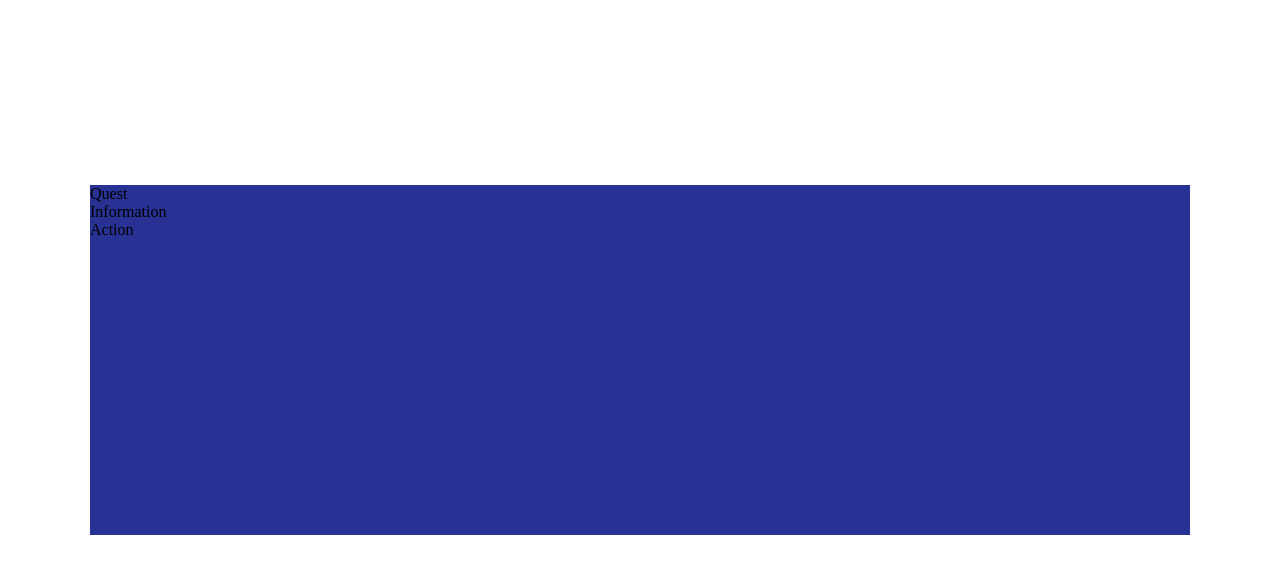
Repository: rahulnag7963/UBCHacks4.0
Page: /
The author's editor kept a copy of each file at every save. The page is drawn from the files as they stood at one save, then again after the next save.
The browser window is 1280 px wide. The pictures show the whole page.
The project was rebuilt for these pictures with package versions that can differ from the ones it lists, and the page was loaded fresh each time.

Above is the page before, as saved 2022-11-26 02:35:42.

After the next save:
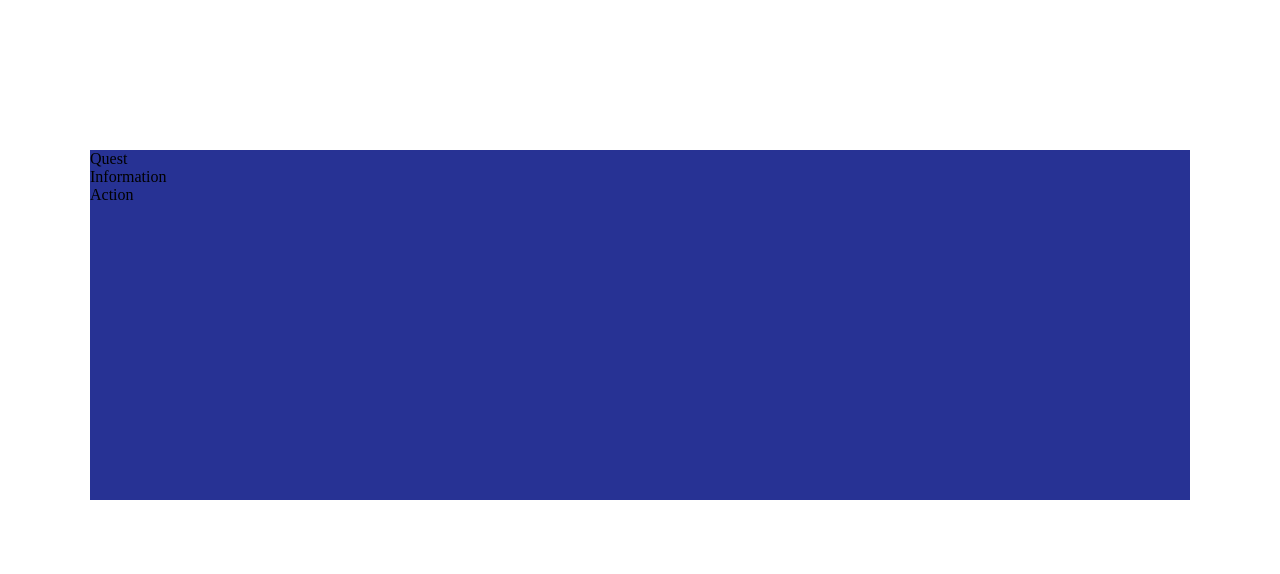
Saved 39 s later.
--- a/src/app.css
+++ b/src/app.css
@@ -4,7 +4,7 @@
     background-color: rgb(39, 50, 148);
     margin-left: auto;
     margin-right: auto;
-    margin-top: 185px;
+    margin-top: 150px;
 
 
 }
